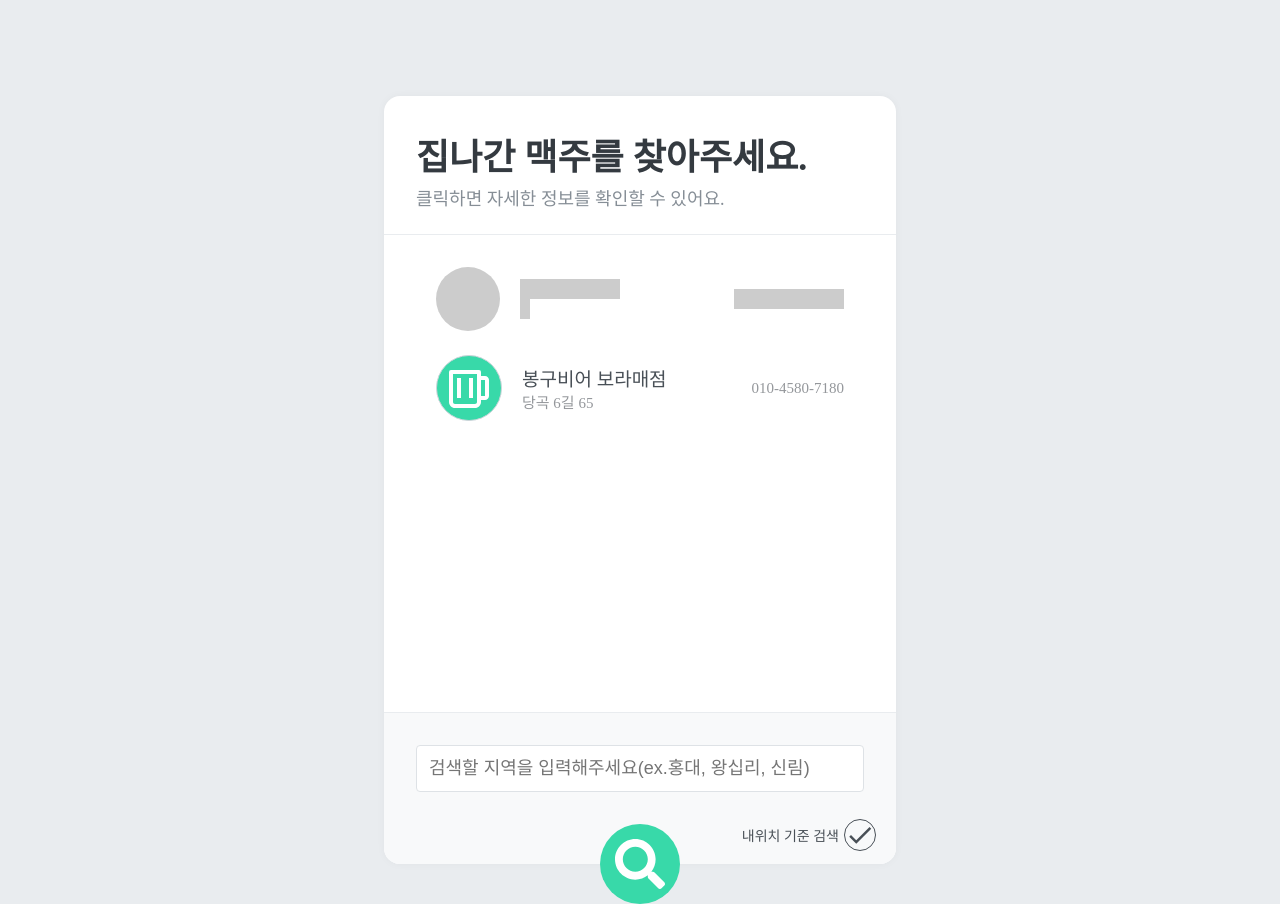
Repository: THE-SOPT-WEB/kimNamjun
Page: / (app in week4/bring-my-beer/)
These files come from the project's save history. The page is drawn as it stood at one moment and after a run of saves; the edit follows.
The browser window is 1280 px wide. The pictures show the whole page.
The project was rebuilt for these pictures with package versions that can differ from the ones it lists, and the page was loaded fresh each time.

Above is the page before, as saved 2022-05-13 03:35:28.

### week4/bring-my-beer/public/index.html
<!DOCTYPE html>
<html lang="en">
  <head>
    <meta charset="utf-8" />
    <link rel="icon" href="%PUBLIC_URL%/favicon.ico" />
    <meta name="viewport" content="width=device-width, initial-scale=1" />
    <meta name="theme-color" content="#000000" />
    <meta
      name="description"
      content="Web site created using create-react-app"
    />
    <link rel="apple-touch-icon" href="%PUBLIC_URL%/logo192.png" />
    <!--
      manifest.json provides metadata used when your web app is installed on a
      user's mobile device or desktop. See https://developers.google.com/web/fundamentals/web-app-manifest/
    -->
    <link rel="manifest" href="%PUBLIC_URL%/manifest.json" />
    <!--
      Notice the use of %PUBLIC_URL% in the tags above.
      It will be replaced with the URL of the `public` folder during the build.
      Only files inside the `public` folder can be referenced from the HTML.

      Unlike "/favicon.ico" or "favicon.ico", "%PUBLIC_URL%/favicon.ico" will
      work correctly both with client-side routing and a non-root public URL.
      Learn how to configure a non-root public URL by running `npm run build`.
    -->
    <title>우리동네 맥주집</title>
  </head>
  <body>
    <noscript>You need to enable JavaScript to run this app.</noscript>
    <div id="root"></div>
    <!--
      This HTML file is a template.
      If you open it directly in the browser, you will see an empty page.

      You can add webfonts, meta tags, or analytics to this file.
      The build step will place the bundled scripts into the <body> tag.

      To begin the development, run `npm start` or `yarn start`.
      To create a production bundle, use `npm run build` or `yarn build`.
    -->
  </body>
</html>

### week4/bring-my-beer/src/App.js
import React from 'react';
import { createGlobalStyle } from 'styled-components';
import Template from './components/Template';
import Header from './components/Header';
import List from './components/List';
import Search from './components/Search';
import SkeletonItem from './components/SkeletonItem';


const GlobalStyle = createGlobalStyle`
  body {
    background: #e9ecef;
  }
`;

function App() {
  return (
    <>
      <GlobalStyle />
      <Template>
        <Header />
        <List />
        <Search />
      </Template>
    </>
  );
}

export default App;

### week4/bring-my-beer/src/components/Template.jsx
import React from 'react';
import styled from 'styled-components';

const TemplateBlock = styled.div`
  width: 512px;
  height: 768px;

  position: relative;
  background: white;
  border-radius: 16px;
  box-shadow: 0 0 8px 0 rgba(0, 0, 0, 0.04);

  margin: 0 auto;

  margin-top: 96px;
  margin-bottom: 32px;
  display: flex;
  flex-direction: column;
`;

function Template({ children }) {
  return <TemplateBlock>{children}</TemplateBlock>;
}

export default Template;

### week4/bring-my-beer/src/components/Header.jsx
import React from 'react';
import styled from 'styled-components';

const HeaderBlock = styled.div`
  padding: 32px 32px 24px 32px;
  border-bottom: 1px solid #e9ecef;
  h1 {
    margin: 0;
    font-size: 36px;
    color: #343a40;
  }
  .tip {
    margin-top: 4px;
    color: #868e96;
    font-size: 18px;
  }
`;

function Header() {
  return (
    <HeaderBlock>
      <h1>집나간 맥주를 찾아주세요. </h1>
      <div className="tip">클릭하면 자세한 정보를 확인할 수 있어요.</div>
    </HeaderBlock>
  );
}

export default Header;

### week4/bring-my-beer/src/components/List.jsx
import React from 'react';
import axios from "axios";
import Skeleton, { SkeletonTheme } from 'react-loading-skeleton'
import styled from 'styled-components';
import Item from './Item';
import SkeletonItem from './SkeletonItem';

const ListBlock = styled.div`
  flex: 1;
  padding: 20px 32px;
  padding-bottom: 48px;
  overflow-y: auto;
`;

function List() {
  return (
    <ListBlock>
      <SkeletonItem/>
      <Item title="봉구비어 보라매점" adress='당곡 6길 65' contact='010-4580-7180'/>
    </ListBlock>
  );
}

export default List;

### week4/bring-my-beer/src/components/Search.jsx
import React, {useState} from 'react';
import styled, {css} from 'styled-components';
import { FaSearch } from 'react-icons/fa';
import { MdDone } from 'react-icons/md';

const CircleButton = styled.button`
  background: #38d9a9;
  &:hover {
    background: #63e6be;
  }
  &:active {
    background: #20c997;
  }

  cursor: pointer;
  width: 80px;
  height: 80px;
  display: block;
  align-items: center;
  justify-content: center;
  font-size: 50px;
  position: absolute;
  left: 50%;
  bottom: 0px;
  transform: translate(-50%, 50%);
  color: white;
  border-radius: 50%;
  border: none;
  outline: none;
  display: flex;
  align-items: center;
  justify-content: center;
  transition: 0.125s all ease-in;

`;

const InsertFormPositioner = styled.div`
  width: 100%;
  bottom: 0;
  left: 0;
  position: absolute;
`;

const InsertForm = styled.form`
  background: #f8f9fa;
  padding: 32px 32px 72px 32px;
  border-bottom-left-radius: 16px;
  border-bottom-right-radius: 16px;
  border-top: 1px solid #e9ecef;
`;

const Input = styled.input`
  padding: 12px;
  border-radius: 4px;
  border: 1px solid #dee2e6;
  width: 100%;
  outline: none;
  font-size: 18px;
  box-sizing: border-box;
`;

const CheckBox = styled.div`
  font-size: 14px;
  position: absolute;
  right: 20px;
  bottom: 5px;
  display: flex;
  align-items: center;
  justify-content: center;
  transition: 0.125s all ease-in;
  color: #495057;
`

const SmallCheckButton = styled.div`
  &:hover {
    border: 1px solid #38d9a9;
    color:#38d9a9;
  }
  &:active {
    border: 1px solid #20c997;;
    color:#20c997;;
  }

  cursor: pointer;
  width: 30px;
  height: 30px;
  font-size: 50px;
  color: #495057;
  border: 1px solid #495057;
  border-radius: 50%;
  margin-left: 5px;
  display: flex;
  align-items: center;
  justify-content: center;

  transition: 0.125s all ease-in;
  ${props =>
    props.checked &&
    css`
      border: 1px solid #38d9a9;
      color:#38d9a9;
    `}
`

function Search() {

  const [checked, setChecked] = useState(false);

  const onToggle = () => setChecked(!checked);

  return (
    <>
        <InsertFormPositioner>
          <InsertForm>
            <Input autoFocus placeholder="검색할 지역을 입력해주세요(ex.홍대, 왕십리, 신림)" disabled={checked ? true : false } />
          </InsertForm>
        </InsertFormPositioner>
      <CircleButton>
        <FaSearch/>
      </CircleButton>
      <CheckBox>
        <p> 내위치 기준 검색</p>
        <SmallCheckButton onClick={onToggle} checked={ checked ? true : false }>
          <MdDone/>
        </SmallCheckButton>
      </CheckBox>

    </>
  );
}

export default Search;

### week4/bring-my-beer/src/components/SkeletonItem.jsx
import React from 'react';
import styled  from 'styled-components';

const ItemBlock = styled.div`
  display: flex;
  align-items: center;
  padding: 12px 20px;
`;

const Icon = styled.div`
  width: 64px;
  height: 64px;
  border-radius: 50px;
  margin-right: 20px;
  background-color: #ccc;
`;

const Flex = styled.div`
    flex-grow: 1;
`

const Title = styled.div`
  width: 100px;
  height:20px;
  background-color: #ccc;
`;

const Adress = styled.div`
  width: 10px;
  height:20px;
  background-color: #ccc;
`

const  Contact = styled.div`
  width: 110px;
  height:20px;
  background-color: #ccc;
`

function SkeletonItem({ title,adress,contact }) {
  return (
    <ItemBlock>
      <Icon/>
      <Flex>
        <Title/>
        <Adress/>
      </Flex>
      <Contact/>
    </ItemBlock>
  );
}

export default SkeletonItem;

### week4/bring-my-beer/src/components/Item.jsx
import React from 'react';
import styled  from 'styled-components';
import { BiBeer } from 'react-icons/bi';

const ItemBlock = styled.div`
  display: flex;
  align-items: center;
  padding: 12px 20px;
  border-radius:10px;
  transition: 0.25s all ease-in;
  cursor: pointer;
  &:hover{
    transform: scale(1.05);
  }
`;

const Icon = styled.div`
  width: 64px;
  height: 64px;
  border-radius: 50px;
  border: 1px solid #ced4da;
  font-size: 48px;
  display: flex;
  align-items: center;
  justify-content: center;
  margin-right: 20px;
  cursor: pointer;
  background-color: #38d9a9;
  color: #fff;
`;

const Title = styled.div`
  flex: 1;
  font-size: 19px;
  color: #495057;
`;

const Adress = styled.div`
  font-size: 15px;
  color: #94979b;
`

const  Contact = styled.div`
  font-size: 15px;
  color: #94979b;
`

function Item({ title,adress,contact }) {
  return (
    <ItemBlock>
      <Icon >
        <BiBeer />
      </Icon>
      <Title >{title}
        <Adress>{adress}</Adress>
      </Title>
      <Contact>{contact}</Contact>
    </ItemBlock>
  );
}

export default Item;

Loaded but not shown: week4/bring-my-beer/src/index.js (common file)

After the next 2 saves:
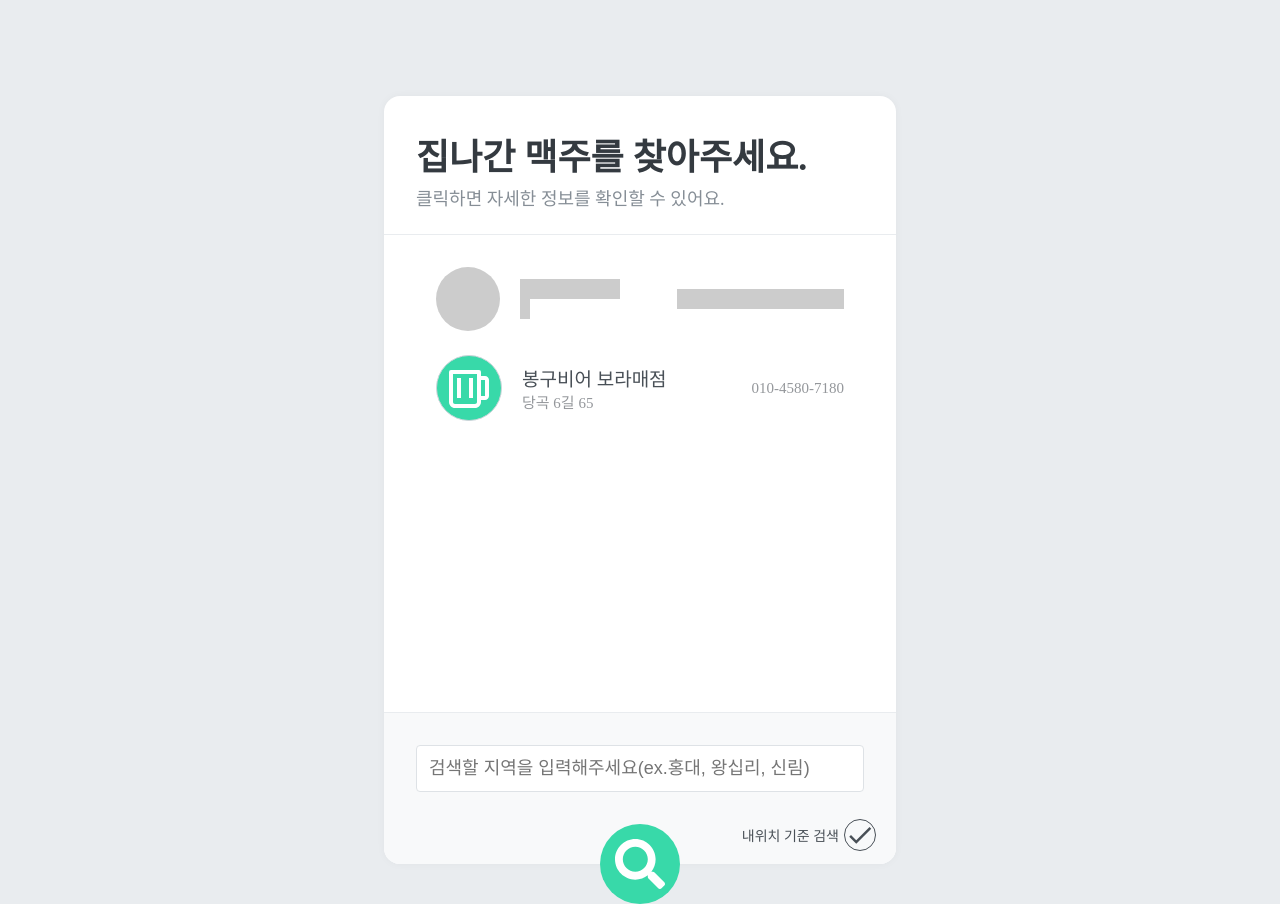
The 2 saves are shown as one change because they came seconds apart.
The last was saved 26 s later.
--- a/week4/bring-my-beer/src/components/SkeletonItem.jsx
+++ b/week4/bring-my-beer/src/components/SkeletonItem.jsx
@@ -32,6 +32,7 @@
 `
 
 const  Contact = styled.div`
+  flex-grow: 1;
   width: 110px;
   height:20px;
   background-color: #ccc;

After the save that followed:
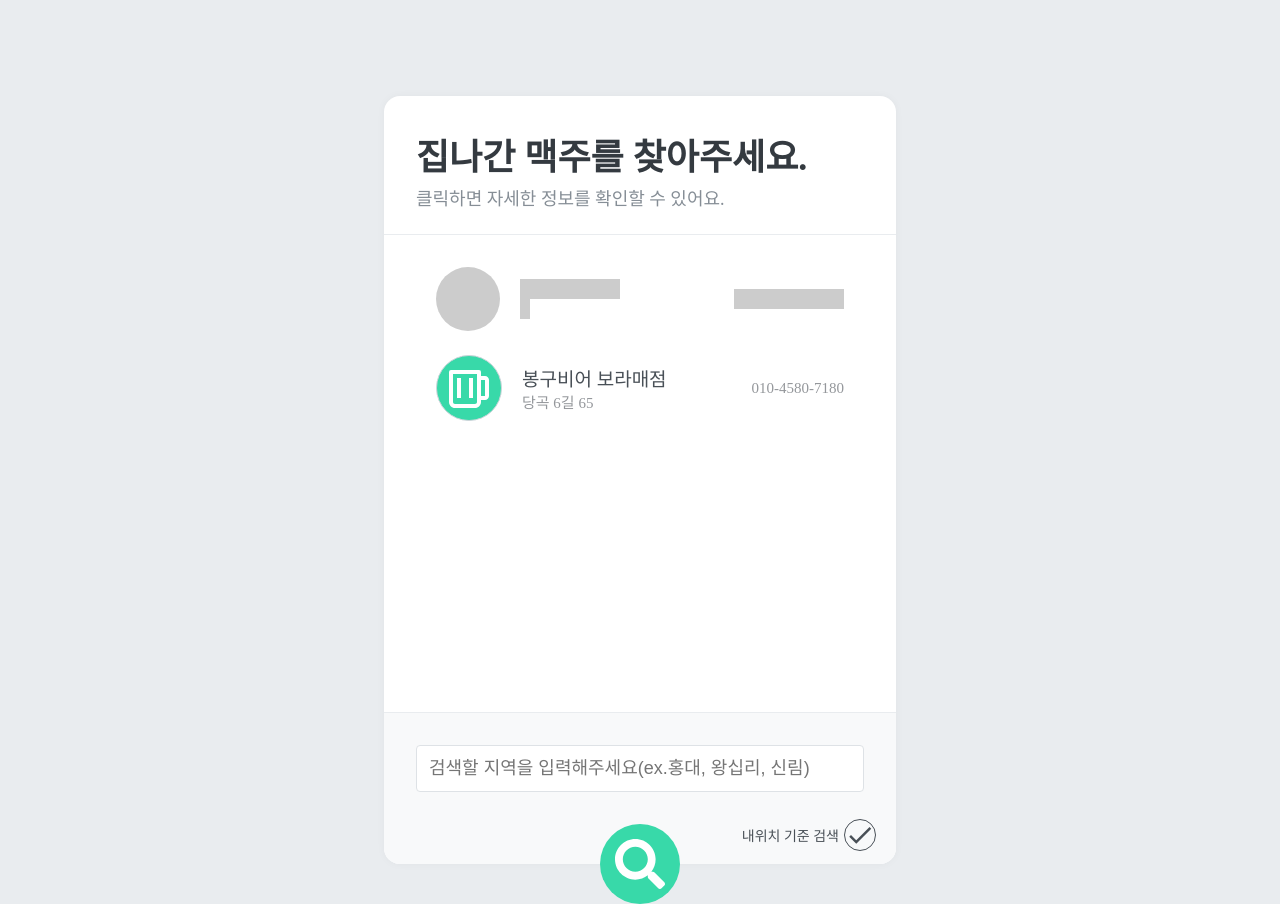
Saved 5 s later.
--- a/week4/bring-my-beer/src/components/SkeletonItem.jsx
+++ b/week4/bring-my-beer/src/components/SkeletonItem.jsx
@@ -32,7 +32,6 @@
 `
 
 const  Contact = styled.div`
-  flex-grow: 1;
   width: 110px;
   height:20px;
   background-color: #ccc;
